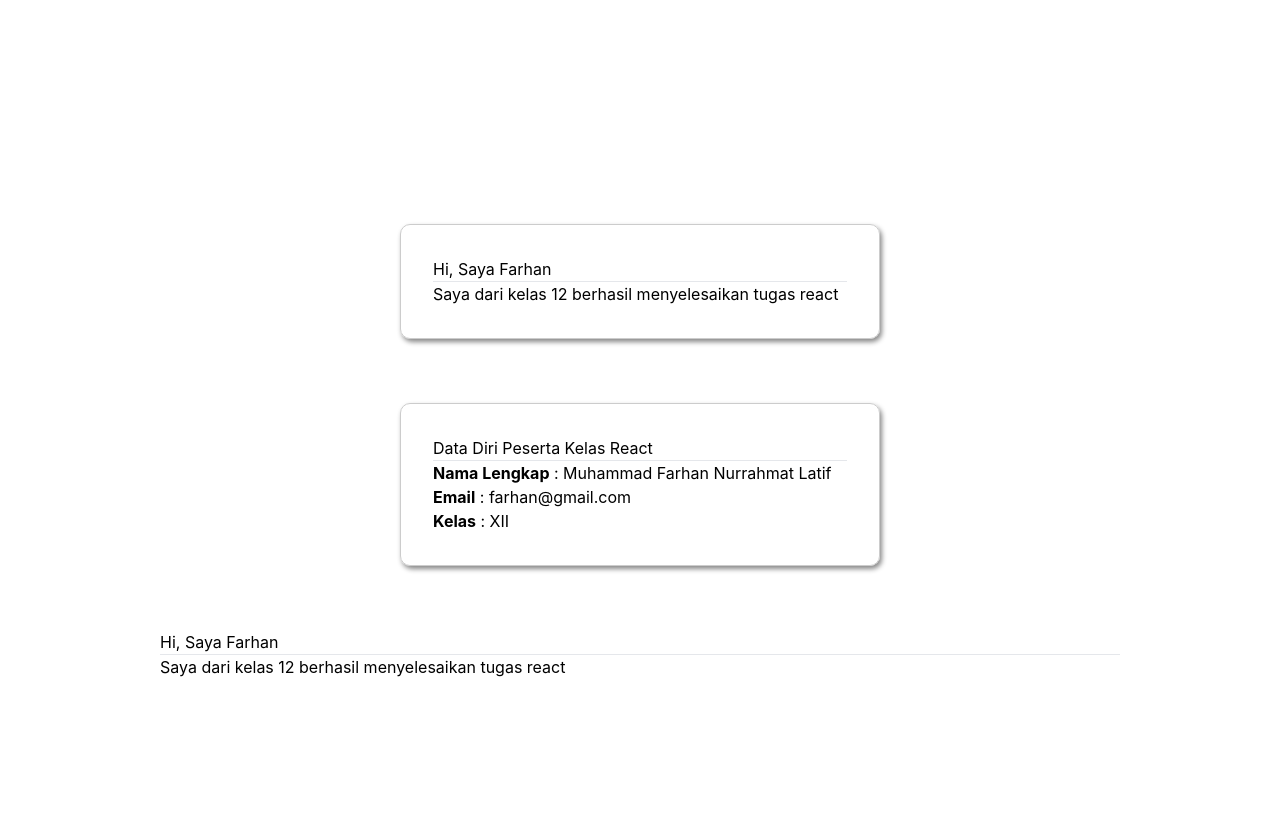
Repository: mfarhannr/Tugas-Reactjs_Farhan
Page: /
These files come from the project's save history. The page is drawn as it stood at one moment and after a run of saves; the edit follows.
The browser window is 1280 px wide. The pictures show the whole page.
The project was rebuilt for these pictures with package versions that can differ from the ones it lists, and the page was loaded fresh each time.

Above is the page before, as saved 2024-05-06 15:09:59.

### src/index.js
import React from 'react';
import ReactDOM from 'react-dom/client';
import "flowbite/dist/flowbite.min.css";
import './index.css';
import App from './App';
import reportWebVitals from './reportWebVitals';

const root = ReactDOM.createRoot(document.getElementById('root'));
root.render(
  <React.StrictMode>
    <App />
  </React.StrictMode>
);

// If you want to start measuring performance in your app, pass a function
// to log results (for example: reportWebVitals(console.log))
// or send to an analytics endpoint. Learn more: https://bit.ly/CRA-vitals
reportWebVitals();

### src/App.js
import './App.css';
import Tugas6 from "./tugas6/tugas6";
// import Welcome from "./WelcomeComponent";
import Tugas7 from './tugas7/tugas7';
import Tugas8 from "./tugas8/tugas8";

function App() {
  return (
    <div className="App">
        <Tugas6 />
        <Tugas7
          name="Muhammad Farhan Nurrahmat Latif"
          email="farhan@gmail.com"
          kelas="XII"
      />
      <Tugas8 />
    </div>
  );
}

export default App;

### src/App.css
.App {
  padding: 10rem;
}

.Card6 {
  border: 1px solid #ccc;
  border-radius: 10px;
  padding: 2em;
  margin: 4em auto;
  width: 50%;
  box-shadow: 2px 3px 5px #888888;
}

span {
  font-size:bold;
}

.tambah {
  width:100%;
  padding: 5px 0px;
}

.Card7 {
  border: 1px solid #ccc;
  border-radius: 10px;
  padding: 2em;
  margin: 4em auto;
  width: 50%;
  box-shadow: 2px 3px 5px #888888;
}

.Card8 {
  text-align: center;
  border: 1px solid #ccc;
  border-radius: 10px;
  padding: 2em;
  margin: 4em auto;
  width: 50%;
  box-shadow: 2px 3px 5px #888888;
}

.App-logo {
  height: 40vmin;
  pointer-events: none;
}

@media (prefers-reduced-motion: no-preference) {
  .App-logo {
    animation: App-logo-spin infinite 20s linear;
  }
}

.App-header {
  background-color: #282c34;
  min-height: 100vh;
  display: flex;
  flex-direction: column;
  align-items: center;
  justify-content: center;
  font-size: calc(10px + 2vmin);
  color: white;
}

.App-link {
  color: #61dafb;
}

@keyframes App-logo-spin {
  from {
    transform: rotate(0deg);
  }
  to {
    transform: rotate(360deg);
  }
}

### src/tugas6/tugas6.js
import React from "react";

function Tugas6() {
    return (
      <div className="Card6">
        <h1>Hi, Saya Farhan</h1>
        <hr></hr>
        <p>Saya dari kelas 12 berhasil menyelesaikan tugas react</p>
      </div>
    );
}

export default Tugas6;

### src/tugas7/tugas7.js
import React from "react";

function Tugas7(props) {
  return (
    <div className="Card7">
      <h1>Data Diri Peserta Kelas React</h1>
      <hr></hr>
      <ul>
        <li>
          <b>Nama Lengkap</b> : {props.name}
        </li>
        <li>
          <b>Email</b> : {props.email}
        </li>
        <li>
          <b>Kelas</b> : {props.kelas}
        </li>
      </ul>
    </div>
  );
}

export default Tugas7;

### src/tugas8/tugas8.js
import React from "react";

function Tugas6() {
    return (
      <div className="Card1">
        <h1>Hi, Saya Farhan</h1>
        <hr></hr>
        <p>Saya dari kelas 12 berhasil menyelesaikan tugas react</p>
      </div>
    );
}

export default Tugas6;

Loaded but not shown: public/index.html (common file); src/index.css (common file); src/reportWebVitals.js (common file)

After the next 2 saves:
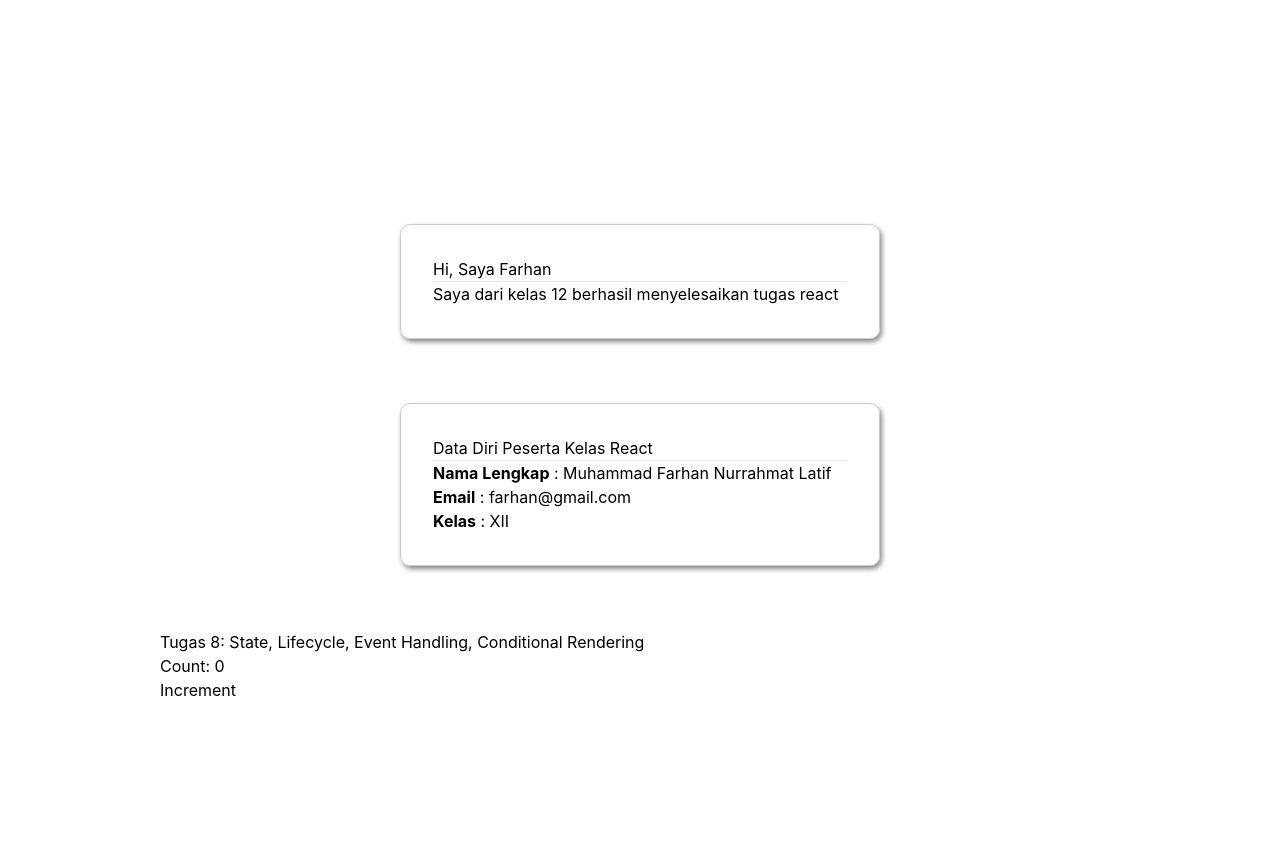
The 2 saves are shown as one change because they came seconds apart.
The last was saved 7 s later.
--- a/src/tugas8/tugas8.js
+++ b/src/tugas8/tugas8.js
@@ -1,13 +1,30 @@
-import React from "react";
+import React, { Component } from 'react';
+class Tugas8 extends Component {
+  constructor(props) {
+    super(props);
+    this.state = {
+      count: 0
+    };
+  }
 
-function Tugas6() {
+  handleIncrement = () => {
+    this.setState({ count: this.state.count + 1 });
+  };
+
+  render() {
+    const { count } = this.state;
     return (
-      <div className="Card1">
-        <h1>Hi, Saya Farhan</h1>
-        <hr></hr>
-        <p>Saya dari kelas 12 berhasil menyelesaikan tugas react</p>
+      <div className="tugas8-container">
+        <h2>Tugas 8: State, Lifecycle, Event Handling, Conditional Rendering</h2>
+        <p>Count: {count}</p>
+        {count > 10 ? (
+          <p>sudah lebih dari 10</p>
+        ) : (
+          <button onClick={this.handleIncrement}>Increment</button>
+        )}
       </div>
     );
+  }
 }
 
-export default Tugas6;
+export default Tugas8;
